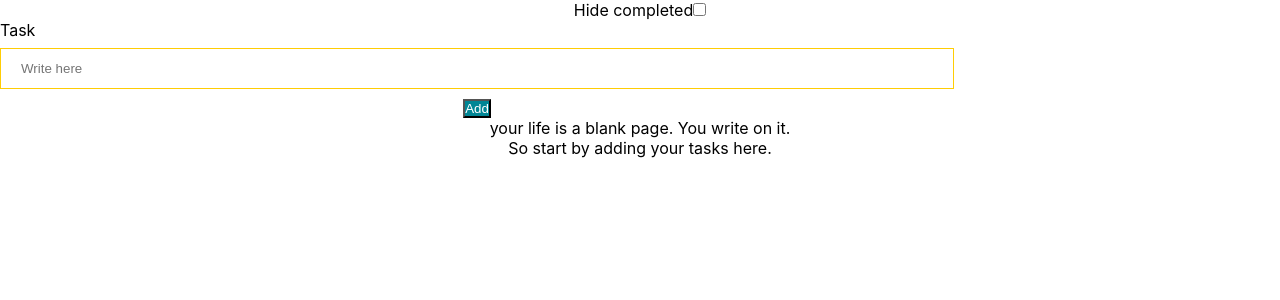
Repository: ArusyakAghajanyan/ToDoMamble
Page: /
These files come from the project's save history. The page is drawn as it stood at one moment and after the next save; the edit follows.
The browser window is 1280 px wide. The pictures show the whole page.
The project was rebuilt for these pictures with package versions that can differ from the ones it lists, and the page was loaded fresh each time. Also part of the build but not shown: src/components/ToDoItem.jsx, src/components/confirm.css, src/components/Confirm.jsx.

Above is the page before, as saved 2022-05-23 12:20:14.

### src/App.js

import './App.css';
import AddItem from './components/AddItem';
import ToDoList from './components/ToDoList';
import Confirm from './components/Confirm';
import {useState,useEffect} from 'react'


function App() {
  const [todo, setTodo]=useState([]);
  const [filteredTodo,setFilteredTodo]=useState([]);
  const [modal, setModal] = useState(false);
const [confirmStatus, setConfirmStatus] = useState(false);
  const [deleteItem, setDeletItem] = useState({});

  function modalStatus(status, item){
    console.log(status, item);
    setModal(status);
    setDeletItem(item);

  }
  function confirmDelete(status){
    console.log("deletestatus=", status);
    if(status === "no") {
      setConfirmStatus(false);
      setModal(false);
    }else if (status === "yes"){
      setConfirmStatus(true);
      setModal(false)
    }
  }
  function filter(check){
    if(check){
      setFilteredTodo(todo.filter(td => td.isCompleted))
    }else{
      setFilteredTodo([]);
    }
  }

  useEffect(()=>{
    console.log("confirmStatus=", confirmStatus);
    if(confirmStatus){
      setTodo(todo.filter(value => value.id !== deleteItem.id));
      setDeletItem({});
    }
    setConfirmStatus(false);
      console.log(modal);

  },[confirmStatus])

useEffect(() => {
  let todos;
  let storageData = localStorage.getItem("todos");
  if(storageData !== "undefined"){
    todos = JSON.parse(storageData);
  }
  if(todos) setTodo(todos);
}, [])

useEffect(() => {
 if(todo.length > 0) localStorage.setItem("todos",JSON.stringify(todo))
 if(todo.length == 0) localStorage.clear();
}, [todo])

  return (
    <div className="App">
      <label htmlFor="filter">
      Hide completed
      <input id="filter" type="checkbox" onChange={(e)=>{
      filter(e.target.checked)
      }} />
      </label>
      <AddItem onAdd={(text)=>{
        setTodo([{
          id:Math.random(),
          text:text,
          isCompleted:false
        },...todo])
      }}/>
      <ToDoList
      todo={filteredTodo.length > 0 ? todo.filter(td => !td.isCompleted):todo}
      modalStatus={modalStatus}
      onChange={(newItem)=>{
      setTodo(todo.map(td=>{
        if(td.id==newItem.id){
          return newItem
        }
        return td
      }))
      }}
      />
       { modal && <Confirm confirmDelete={confirmDelete} modalStatus={modalStatus}/>}
    </div>
  );
}

export default App;

### src/components/AddItem.jsx
import {React, useState, useEffect, useRef} from 'react'
import './addItem.css'

export default function AddItem({onAdd}) {
    const [text, setText] = useState("");
    const[errorMes,setErrorMes] = useState("");
    const inputText = useRef(0);
    let validText = "";
    useEffect(() => {
        inputText.current.addEventListener("keyup",(e)=>{
            let id=setTimeout(()=>{
            validText = e.target.value;
            if(validText.length >= 54 ){
             setErrorMes("Task content can contain max 54 characters.")
            } else {
                setErrorMes("");
                setText(validText);
            }
            },1000);
            return () => clearTimeout(id)
        })
    }, [text])

    return (

      <form
      className="formTask"
      onSubmit={(e)=>{
          e.preventDefault();
          if(errorMes==="" && text !=="") onAdd(text);
          if(errorMes==="") setText("");
      }}>
      <div classsName="formDiv">
       <div className="inputDiv">
            <label className="taskLabel" htmlFor="inputText"> Task
            </label>
            <input
            id="inputText"
            type="text"
            style={errorMes ? {borderColor: 'red'} : {borderColor:'#FFCD04'}}
            ref= {inputText}
             value={text}
             placeholder="Write here"
            onChange={(e)=>{
            setText(e.target.value)
            }}/>
            <p>{errorMes}</p>
            </div>
            <button className="addbut">Add</button>

            </div>
         </form>

    )
}

### src/components/ToDoList.jsx
import React from 'react';
import ToDoItem from './ToDoItem'

export default function ToDoList({todo,modalStatus,onChange}) {
    return (
        <div>
           {todo && todo.length > 0 ? todo.map(item=>{
               return (
<ToDoItem
key={item.id}
item = {item}
modalStatus={modalStatus}
onChange={onChange}
/>
               )
           }):
            <>
            <p>your life is a blank page. You write on it.</p>
            <p>So start by adding your tasks here.</p>
            </>
        }
        </div>
    )
}

### src/components/addItem.css
*{
    margin: 0;
    padding: 0;
    box-sizing: border-box;
}
.addbut{
    background-color: #008594;
    color: #FFFFFF;
}
#inputText{
    position: center;
    width: 954px;
    padding: 12px 20px;
    margin: 8px 0;
    border: 1px solid #FFCD04;
    outline: none;

}
#inputText:hover{
    border: 1px solid rgb(90, 10, 90)
}
.taskLabel{

    float: left;

}
.formTask{
    width: 954px;
}
.formDiv{
    display: flex;
    flex-direction: row;
}

### src/components/toDoItem.css
*{
   margin: 0;
   padding: 0;
   box-sizing: border-box;
}

Loaded but not shown: public/index.html (common file); src/index.js (common file); src/index.css (common file); src/reportWebVitals.js (common file); src/App.css (common file)

After the next save:
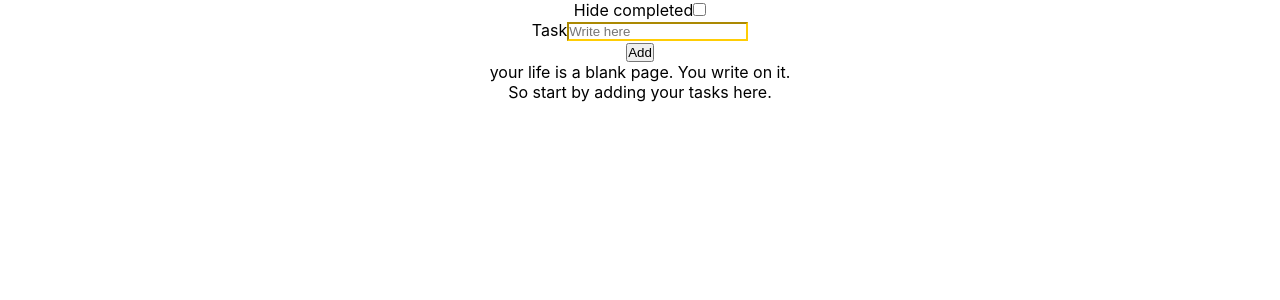
Saved 3 min 10 s later.
--- a/src/components/AddItem.jsx
+++ b/src/components/AddItem.jsx
@@ -1,5 +1,5 @@
 import {React, useState, useEffect, useRef} from 'react'
-import './addItem.css'
+
 
 export default function AddItem({onAdd}) {
     const [text, setText] = useState("");

After the save that followed:
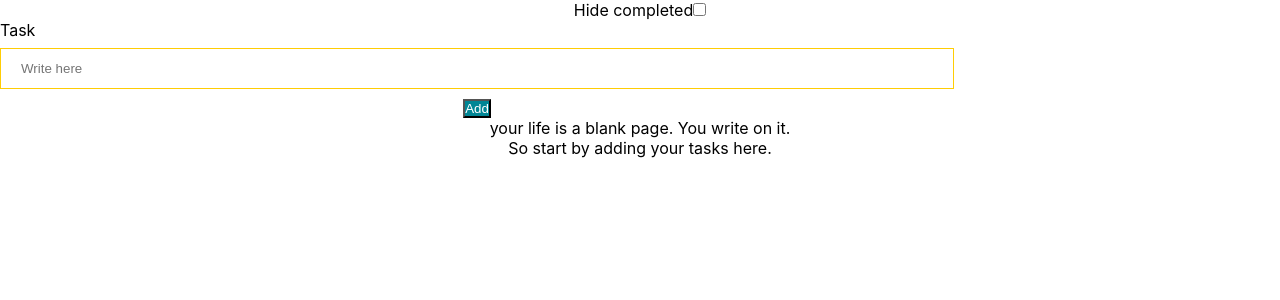
Saved 6 s later.
--- a/src/components/AddItem.jsx
+++ b/src/components/AddItem.jsx
@@ -1,5 +1,5 @@
 import {React, useState, useEffect, useRef} from 'react'
-
+import './addItem.css'
 
 export default function AddItem({onAdd}) {
     const [text, setText] = useState("");
